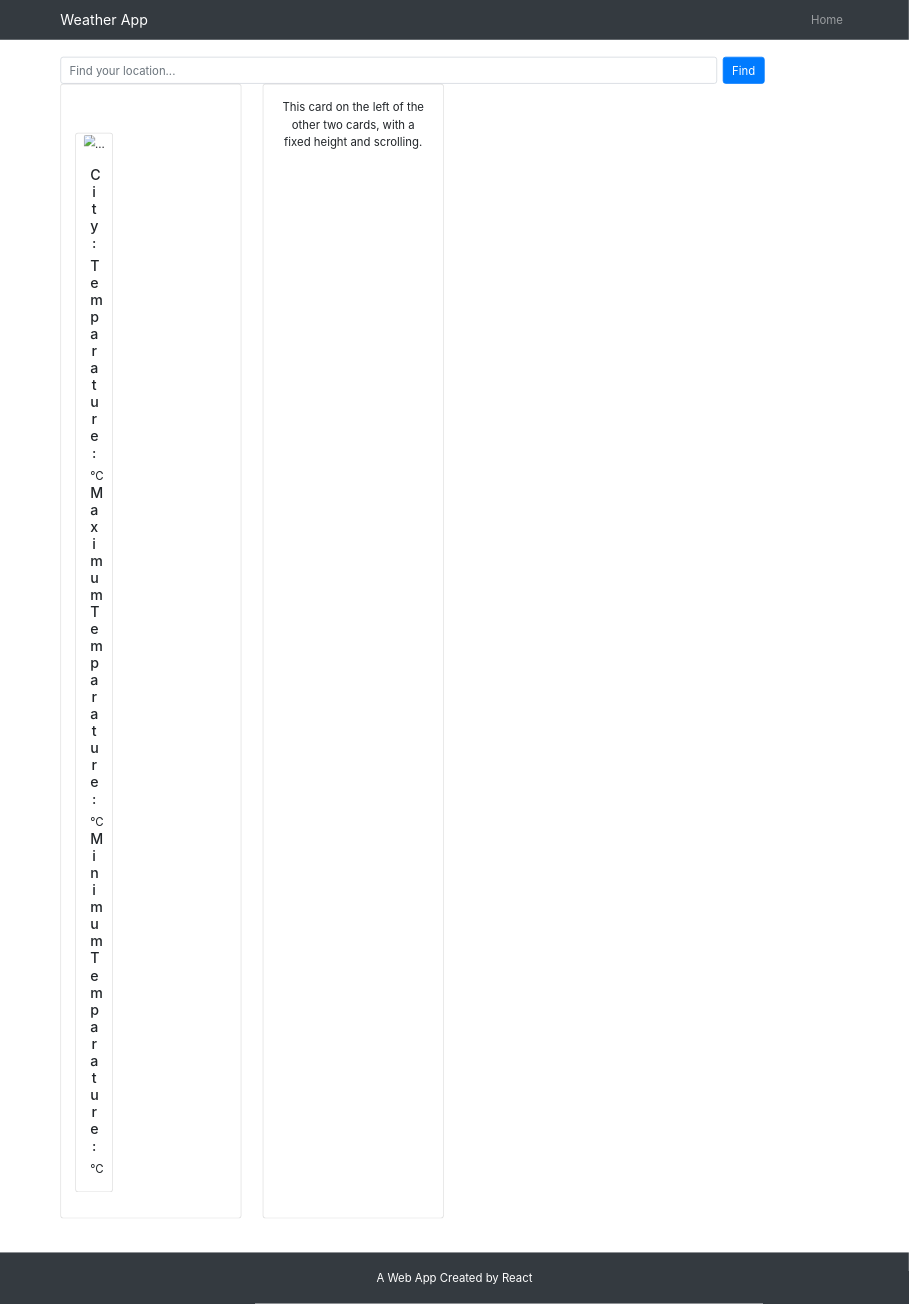
Repository: smk87/weather-app-react
Page: /
An editor plug-in stored every save of this project. The page is shown before and after the next save, followed by the edit.
The browser window is 1280 px wide. The pictures show the whole page, at 71% of full size.
The page's requests for data from a server got no answer. Some web libraries are served in a nearby version. The project was rebuilt for these pictures with package versions that can differ from the ones it lists, and the page was loaded fresh each time. A package was used in the major version that the imports need, not the one package.json lists. No one was signed in, and anything a server would have sent is missing.

Above is the page before, as saved 2019-02-06 17:59:51.

### public/index.html
<!DOCTYPE html>
<html lang="en">
  <head>
    <meta charset="utf-8" />
    <link rel="shortcut icon" href="%PUBLIC_URL%/favicon.ico" />
    <meta
      name="viewport"
      content="width=device-width, initial-scale=1, shrink-to-fit=no"
    />
    <meta name="theme-color" content="#000000" />
    <!--
      manifest.json provides metadata used when your web app is added to the
      homescreen on Android. See https://developers.google.com/web/fundamentals/web-app-manifest/
    -->
    <link rel="manifest" href="%PUBLIC_URL%/manifest.json" />
    <link
      rel="stylesheet"
      href="https://stackpath.bootstrapcdn.com/bootstrap/4.2.1/css/bootstrap.min.css"
      integrity="sha384-GJzZqFGwb1QTTN6wy59ffF1BuGJpLSa9DkKMp0DgiMDm4iYMj70gZWKYbI706tWS"
      crossorigin="anonymous"
    />
    <script
      defer
      src="https://use.fontawesome.com/releases/v5.6.3/js/all.js"
      integrity="sha384-EIHISlAOj4zgYieurP0SdoiBYfGJKkgWedPHH4jCzpCXLmzVsw1ouK59MuUtP4a1"
      crossorigin="anonymous"
    ></script>
    <!--
      Notice the use of %PUBLIC_URL% in the tags above.
      It will be replaced with the URL of the `public` folder during the build.
      Only files inside the `public` folder can be referenced from the HTML.

      Unlike "/favicon.ico" or "favicon.ico", "%PUBLIC_URL%/favicon.ico" will
      work correctly both with client-side routing and a non-root public URL.
      Learn how to configure a non-root public URL by running `npm run build`.
    -->
    <title>React App</title>
  </head>
  <body>
    <noscript>You need to enable JavaScript to run this app.</noscript>
    <div id="root"></div>
    <!--
      This HTML file is a template.
      If you open it directly in the browser, you will see an empty page.

      You can add webfonts, meta tags, or analytics to this file.
      The build step will place the bundled scripts into the <body> tag.

      To begin the development, run `npm start` or `yarn start`.
      To create a production bundle, use `npm run build` or `yarn build`.
    -->

    <script
      src="https://code.jquery.com/jquery-3.3.1.slim.min.js"
      integrity="sha384-q8i/X+965DzO0rT7abK41JStQIAqVgRVzpbzo5smXKp4YfRvH+8abtTE1Pi6jizo"
      crossorigin="anonymous"
    ></script>
    <script
      src="https://cdnjs.cloudflare.com/ajax/libs/popper.js/1.14.6/umd/popper.min.js"
      integrity="sha384-wHAiFfRlMFy6i5SRaxvfOCifBUQy1xHdJ/yoi7FRNXMRBu5WHdZYu1hA6ZOblgut"
      crossorigin="anonymous"
    ></script>
    <script
      src="https://stackpath.bootstrapcdn.com/bootstrap/4.2.1/js/bootstrap.min.js"
      integrity="sha384-B0UglyR+jN6CkvvICOB2joaf5I4l3gm9GU6Hc1og6Ls7i6U/mkkaduKaBhlAXv9k"
      crossorigin="anonymous"
    ></script>
  </body>
</html>

### src/App.js
import React, { Component } from "react";
import { BrowserRouter as Router, Route, Switch } from "react-router-dom";
import logo from "./logo.svg";
import "./App.css";

//Import Layout Components
import NavBar from "./components/NavBar";
import Footer from "./components/Footer";
import Home from "./components/Home";

class App extends Component {
  render() {
    return (
      <Router>
        <div className="App">
          <NavBar />
          <Route exact path="/" component={Home} />
          <Footer />
        </div>
      </Router>
    );
  }
}

export default App;

### src/components/NavBar.js
import React, { Component } from "react";
import { Link } from "react-router-dom";

export default class NavBar extends Component {
  render() {
    return (
      <div>
        <nav className="navbar navbar-expand-sm navbar-dark bg-dark mb-4">
          <div className="container">
            <Link className="navbar-brand" to="/">
              Weather App
            </Link>
            <button
              className="navbar-toggler"
              type="button"
              data-toggle="collapse"
              data-target="#mobile-nav"
            >
              <span className="navbar-toggler-icon" />
            </button>

            <div className="collapse navbar-collapse" id="mobile-nav">
              <ul className="navbar-nav mr-auto" />
              <ul className="navbar-nav ml-auto">
                <li className="nav-item">
                  <Link className="nav-link" to="/">
                    Home
                  </Link>
                </li>
              </ul>
            </div>
          </div>
        </nav>
      </div>
    );
  }
}

### src/components/Footer.js
import React from "react";

export default function Footer() {
  return (
    <footer className="bg-dark text-white mt-5 p-4 text-center">
      A Web App Created by React
    </footer>
  );
}

### src/components/Home.js
import React, { Component } from "react";
import { Link } from "react-router-dom";
import Weather from "./Weather";

export default class Home extends Component {
  constructor() {
    super();

    this.state = {
      search: ""
    };
  }
  onChange = e => {
    this.setState({
      [e.target.name]: e.target.value
    });
  };
  onSubmit = e => {
    e.preventDefault();
    console.log(this.state);
  };

  render() {
    return (
      <div>
        <div className="container">
          <form onSubmit={this.onSubmit} action="#" className="form-inline">
            <input
              type="text"
              name="search"
              className="form-control col-md-10"
              placeholder="Find your location..."
              value={this.state.search}
              onChange={this.onChange}
            />
            <input
              type="submit"
              className="ml-2 btn btn-primary"
              value="Find"
            />
          </form>

          <div className="row">
            <div className="col col-md-3">
              <div class="card">
                <p class="card-body">
                  <Weather id="2344116" />
                </p>
              </div>
            </div>
            <div className="col col-md-3">
              <div class="card h-100">
                <p class="card-body">
                  This card on the left of the other two cards, with a fixed
                  height and scrolling.
                </p>
              </div>
            </div>
          </div>
        </div>
      </div>
    );
  }
}

### src/components/Weather.js
import React, { Component } from "react";
import axios from "axios";

export default class Weather extends Component {
  constructor() {
    super();

    this.state = {
      cityname: "",
      id: "",
      temp: "",
      maxtemp: "",
      mintemp: "",
      logo: ""
    };
  }

  componentWillMount() {
    this.setState({ id: this.props.id });

    const url = `weather/weather.php?command=location&woeid=${this.props.id}`;
    // console.log(url);
    axios
      .get(url) //Used proxy to connect with local wamp server
      .then(res => {
        console.log(res.data);

        switch (res.data.consolidated_weather[0].weather_state_name) {
          case "Snow":
            this.setState({
              logo: "https://www.metaweather.com/static/img/weather/sn.svg"
            });
            break;
          case "Sleet":
            this.setState({
              logo: "https://www.metaweather.com/static/img/weather/sl.svg"
            });
            break;
          case "Hail":
            this.setState({
              logo: "https://www.metaweather.com/static/img/weather/h.svg"
            });
            break;
          case "Thunderstorm":
            this.setState({
              logo: "https://www.metaweather.com/static/img/weather/t.svg"
            });
            break;
          case "Heavy Rain":
            this.setState({
              logo: "https://www.metaweather.com/static/img/weather/hr.svg"
            });
            break;
          case "Light Rain":
            this.setState({
              logo: `https://www.metaweather.com/static/img/weather/lr.svg`
            });
            break;
          case "Showers":
            this.setState({
              logo: "https://www.metaweather.com/static/img/weather/s.svg"
            });
            break;
          case "Heavy Cloud":
            this.setState({
              logo: "https://www.metaweather.com/static/img/weather/hc.svg"
            });
            break;
          case "Light Cloud":
            this.setState({
              logo: "https://www.metaweather.com/static/img/weather/lc.svg"
            });
            break;
          case "Clear":
            this.setState({
              logo: "https://www.metaweather.com/static/img/weather/c.svg"
            });
            break;
        }
        this.setState({
          cityname: res.data.title,
          temp: res.data.consolidated_weather[0].the_temp.toPrecision(3),
          maxtemp: res.data.consolidated_weather[0].max_temp.toPrecision(3),
          mintemp: res.data.consolidated_weather[0].min_temp.toPrecision(3)
        });
      })
      .catch(err => console.log(err));
  }

  render() {
    return (
      <div className="mt-5 mr-2 h-50 w-25 card">
        <div>
          <img src={this.state.logo} className="card-img-top" alt="..." />
        </div>
        <div className="card-body">
          <div className="card-text">
            <h5>City: </h5> {this.state.cityname}
          </div>
          <div className="card-text">
            <h5>Temparature: </h5> {this.state.temp}
            <span>&#8451;</span>
          </div>
          <div className="card-text">
            {" "}
            <h5>Maximum Temparature: </h5> {this.state.maxtemp}
            <span>&#8451;</span>
          </div>
          <div className="card-text">
            {" "}
            <h5>Minimum Temparature: </h5>
            {this.state.mintemp}
            <span>&#8451;</span>
          </div>
        </div>
      </div>
    );
  }
}

Loaded but not shown: src/index.js (common file); src/index.css (common file); src/serviceWorker.js (common file); src/App.css (common file)

After the next save:
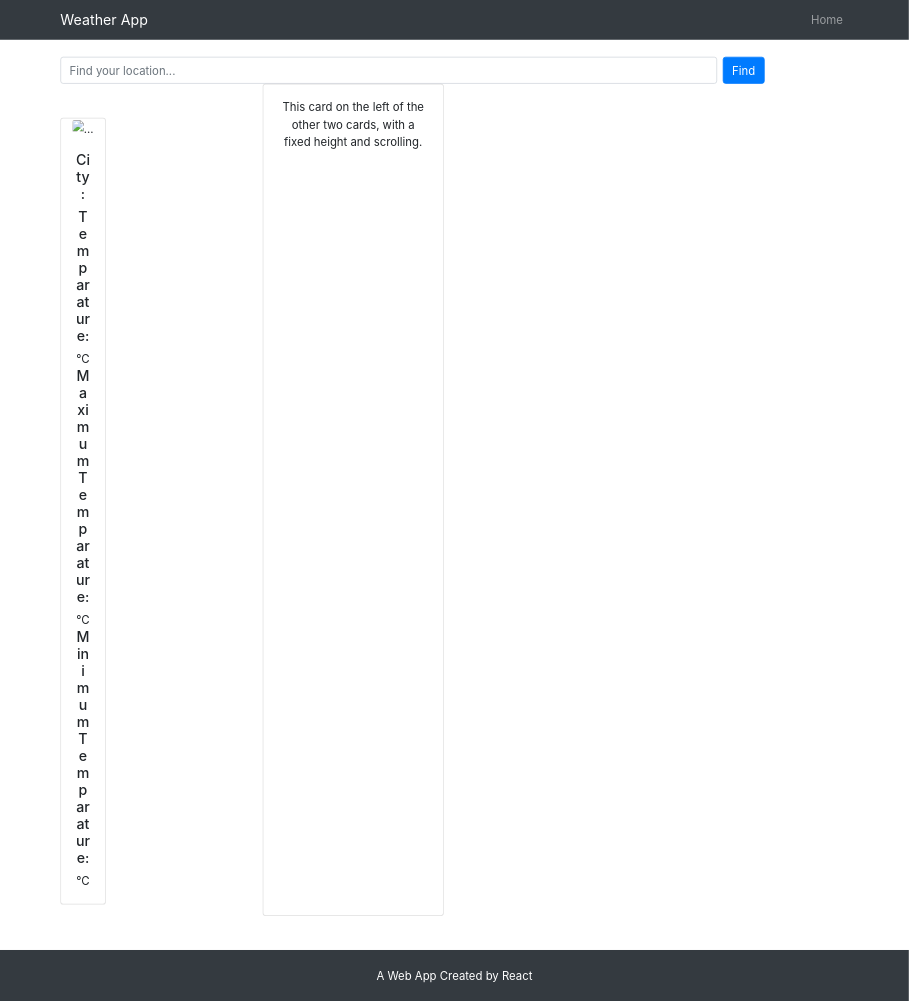
Saved 24 s later.
--- a/src/components/Home.js
+++ b/src/components/Home.js
@@ -42,8 +42,8 @@ export default class Home extends Component {
 
           <div className="row">
             <div className="col col-md-3">
-              <div class="card">
-                <p class="card-body">
+              <div>
+                <p>
                   <Weather id="2344116" />
                 </p>
               </div>
